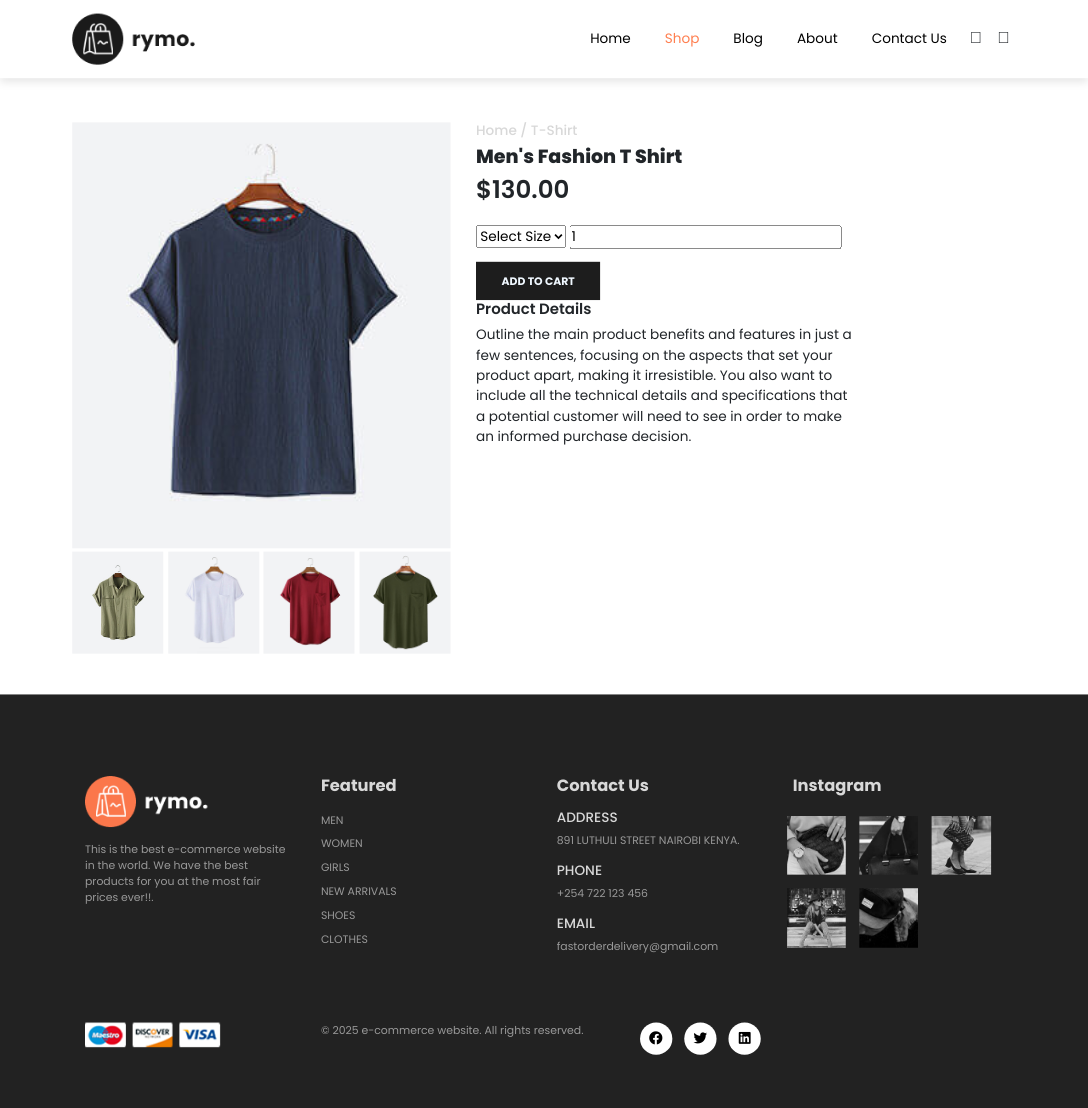
Repository: peter417waweru/e-commerce-UI
Page: sproduct.html
The author's editor kept a copy of each file at every save. The page is drawn from the files as they stood at one save, then again after the next save.
The browser window is 1280 px wide. The pictures show the whole page, at 85% of full size.
Some web libraries are served in a nearby version.

Above is the page before, as saved 2025-02-08 15:55:26.

### sproduct.html
<!DOCTYPE html>
<html lang="en">

    <head>
        <meta charset="UTF-8">
        <meta http-equiv="X-UA-Compatible" content="IE=edge">
        <meta name="viewport" content="width=device-width, initial-scale=1.0">
        <title>Product Details</title>

        <link rel="stylesheet" href="https://cdn.jsdelivr.net/npm/bootstrap@4.1.3/dist/css/bootstrap.min.css"
        integrity="sha384-MCw98/SFnGE8fJT3GXwEOngsV7Zt27NXFoaoApmYm81iuXoPkFOJwJ8ERdknLPMO" crossorigin="anonymous">

        <link rel="stylesheet" href="https://pro.fontawesome.com/releases/v5.10.0/css/all.css" />

        <link rel="stylesheet" href="./style.css">
        <link rel="stylesheet" href="./sproduct.css">
    </head>

    <body>
        <nav class="navbar navbar-expand-lg navbar-light bg-white py-3 fixed-top">
            <div class="container">
              <img src="img/logo1.png" alt="">
              <button class="navbar-toggler" type="button" data-bs-toggle="collapse" data-bs-target="#navbarSupportedContent"
              aria-controls="navbarSupportedContent" aria-expanded="false" aria-label="Toggle navigation">
                <span><i id="bar" class="fas fa-bars"></i></span>
              </button>
              <div class="collapse navbar-collapse" id="navbarSupportedContent">
                <ul class="navbar-nav ml-auto">
                  <li class="nav-item">
                    <a class="nav-link" aria-current="page" href="index.html">Home</a>
                  </li>
                  <li class="nav-item">
                    <a class="nav-link active" aria-current="page" href="shop.html">Shop</a>
                  </li>
                  <li class="nav-item">
                    <a class="nav-link" aria-current="page" href="#">Blog</a>
                  </li>
                  <li class="nav-item">
                    <a class="nav-link" aria-current="page" href="#">About</a>
                  </li>
                  <li class="nav-item">
                    <a class="nav-link" aria-current="page" href="#">Contact Us</a>
                  </li>
                  <li class="nav-item">
                    <i class="fal fa-search"></i>
                    <i class="fal fa-shopping-bag"></i>
                  </li>


                </ul>

              </div>
            </div>
        </nav>

        <section class="container sproduct my-5 pt-5">
            <div class="row mt-5">
                <div class="col-lg-5 col-mid-12 col-12">
                    <img class="img-fluid w-100  pb-1" src="img/shop/1.jpg" alt="">

                    <div class="small-img-group">
                        <div class="small-img-col">
                            <img src="img/shop/23.jpg" width="100%" class="small-img" alt="">
                        </div>
                        <div class="small-img-col">
                            <img src="img/shop/24.jpg" width="100%" class="small-img" alt="">
                        </div>
                        <div class="small-img-col">
                            <img src="img/shop/25.jpg" width="100%" class="small-img" alt="">
                        </div>
                        <div class="small-img-col">
                            <img src="img/shop/26.jpg" width="100%" class="small-img" alt="">
                        </div>
                    </div>
                </div>
                <div class="col-lg-5 col-mid-12 col-12" >
                    <h6>Home / T-Shirt</h6>
                    <h3>Men's Fashion T Shirt</h3>
                    <h2>$130.00</h2>
                    <select class="my-3" name="" id="">
                        <option>Select Size</option>
                        <option>XXL</option>
                        <option>XL</option>
                        <option>Large</option>
                        <option>Small</option>
                    </select>
                    <input type="number" value="1">
                    <button class="buy-btn">Add To Cart</button>
                    <h4>Product Details</h4>
                    <span>Outline the main product benefits and features in just a few sentences, focusing on the aspects that set your product apart,
                         making it irresistible. You also want to include all the technical details and specifications that a potential customer will need to
                         see in order to make an informed purchase decision.</span>


                </div>
            </div>
        </section>



        <footer class="mt-5 py-5">
            <div class="row container mx-auto pt-5">
              <div class="footer-one col-lg-3 col-md-6 col-12">
                <img src="img/logo2.png" alt="">
                <p class="pt-3">This is the best e-commerce website in the world.
                   We have the best products for you at the most fair prices ever!!.</p>
              </div>
              <div class="footer-one col-lg-3 col-md-6 col-12">
                <h4 class="pb-2">Featured</h4>
                <ul class="text-uppercase list-unstyled">
                  <li><a href="#">men</a></li>
                  <li><a href="#">women</a></li>
                  <li><a href="#">girls</a></li>
                  <li><a href="#">new arrivals</a></li>
                  <li><a href="#">shoes</a></li>
                  <li><a href="#">clothes</a></li>
                </ul>
              </div>
              <div class="footer-one col-lg-3 col-md-6 col-12 mb-3">
                <h4 class="pb-2">Contact Us</h4>
                <div>
                  <h6 class="text-uppercase">Address</h6>
                <p>891 LUTHULI STREET NAIROBI KENYA.</p>
                </div>
                <div>
                  <h6 class="text-uppercase">Phone</h6>
                <p>+254 722 123 456</p>
                </div>
                <div>
                  <h6 class="text-uppercase">Email</h6>
                <p>fastorderdelivery@gmail.com</p>
                </div>
              </div>
              <div class="footer-one col-lg-3 col-md-6 col-12 mb-3">
                <h4 class="pb-2">Instagram</h4>
                <div class="row">
                  <img class="img-fluid w-25 h-100 m-2" src="img/insta/1.jpg" alt="">
                  <img class="img-fluid w-25 h-100 m-2" src="img/insta/2.jpg" alt="">
                  <img class="img-fluid w-25 h-100 m-2" src="img/insta/3.jpg" alt="">
                  <img class="img-fluid w-25 h-100 m-2" src="img/insta/4.jpg" alt="">
                  <img class="img-fluid w-25 h-100 m-2" src="img/insta/5.jpg" alt="">
                </div>
              </div>
            </div>
            <div class="copyright mt-5">
              <div class="row container mx-auto">
                <div class="col-lg-3 col-md-6 col-12 mb-4">
                  <img class="img-fluid" src="img/payment.png" alt="">
                </div>
                <div class="col-lg-4 col-md-6 col-12 text-nowrap mb-2">
                  <p>© 2025 e-commerce website. All rights reserved.</p>
                </div>
                <div class="col-lg-4 col-md-6 col-12">
                  <a href="#"><i class="fab fa-facebook"></i></a>
                  <a href="#"><i class="fab fa-twitter"></i></a>
                  <a href="#"><i class="fab fa-linkedin"></i></a>
                </div>
              </div>
            </div>
        </footer>


        <script src="https://cdn.jsdelivr.net/npm/@popperjs/core@2.9.1/dist/umd/popper.min.js"
            integrity="sha384-SR1sx49pcuLnqZUnnPwx6FCym0wLsk5JZuNx2bPPENzswTNFaQU1RDvt3wT4gWFG"
            crossorigin="anonymous">
        </script>
        <script src="https://cdn.jsdelivr.net/npm/bootstrap@5.0.0-beta3/dist/js/bootstrap.min.js"
            integrity="sha384-j0CNLUeiqtyaRmlzUHCPZ+Gy5fQu0dQ6eZ/xAww941Ai1SxSY+0EQqNXNE6DZiVc"
            crossorigin="anonymous">
        </script>
    </body>

</html>

### style.css
@import url("https://fonts.googleapis.com/css2?family=Poppins:wght@100;200;300;400;500;600;700;800;900&display=swap");
* {
  margin: 0;
  padding: 0;
  box-sizing: border-box;
}

body {
  font-family: "Poppins", sans-serif;
}

h1 {
  font-size: 2.5rem;
  font-weight: 700;
}

h2 {
  font-size: 1.8rem;
  font-weight: 600;
}

h3 {
  font-size: 1.4rem;
  font-weight: 800;
}

h4 {
  font-size: 1.1rem;
  font-weight: 600;
}

h5 {
  font-size: 1rem;
  font-weight: 400;
  color: #1d1d1d;
}

h6 {
  color: #d8d8d8;
}

hr {
  width: 30px;
  height: 2px;
  background-color: #fb774b;
}

.star {
  padding: 10px 0;
}

.star i{
  font-size: 0.8rem;
  color: goldenrod;
}

button {
  font-size: 0.8rem;
  font-weight: 700;
  outline: none;
  border: none;
  background-color: #1d1d1d;
  color: aliceblue;
  padding: 13px 30px;
  cursor: pointer;
  text-transform: uppercase;
  transition: 0.3s ease;
}

button:hover {
  background-color: #3a3833;
}

hr {
  width: 30px;
  height: 2px;

}

.navbar {
  font-size: 16px;
  background-color: #d8d8d8;
  top: 0;
  left: 0;
  box-shadow: 0 5px 10px rgba(0, 0, 0, 0.1);
}

.navbar-light .navbar-nav .nav-link{
  padding: 0 20px;
  color: black;
  transition: 0.3s ease;
}

.navbar-light .navbar-nav .nav-link:hover,
.navbar i:hover,
.navbar-light .navbar-nav .nav-link.active,
.navbar i.active
{
  color: coral;
}



.navbar i{
  font-size: 1.2rem;
  padding: 0 7px;
  cursor: pointer;
  transition: 0.3s ease;
}

/* Mobile Nav*/


.navbar-light .navbar-toggler{
  border: none;
  outline: none;
}

#bar {
  font-size: 1.5rem;
  padding: 7px;
  cursor: pointer;
  font-weight: 500;
  color: black;
  transition: 0.3s ease;
}

#bar:hover,
#bar.active{
  color: #fff;
}

@media only screen and (max-width: 990px) {

  body > nav > div > button:hover ,
  body > nav > div > button:focus {
    background-color: #fb774b;
  }

  body > nav > div > button:hover #bar,
  body > nav > div > button:focus #bar {
    background-color: #fb774b;
  }

  #navbarSupportedContent > ul {
    margin: 1rem;
    justify-content: flex-end;
    align-items: flex-end;
    text-align: right;
  }

  #navbarSupportedContent > ul > li:nth-child(n) > a {
    padding: 10px 0;
  }
}


#home {
  background-image: url("img/back.jpg");
  width: 100%;
  height: 100vh;
  background-size: cover;
  background-position: top 70px center;
  display: flex;
  flex-direction: column;
  align-items: flex-start;
  justify-content: center;

}

#home span{
  color: coral;
}

#new .one img{
  width: 100%;
  height: 100%;
  background-position: center center;
  background-repeat: no-repeat;
  background-size: cover;
  position: relative;
}


#new .row .one .details{
  position: absolute;
  width: 100%;
  height: 100%;
  top: 0;
  left: 0;
  transition: 0.3s ease;
}

#new .row .one:hover .details{
  cursor: pointer;
  background-color: rgba(255, 178, 178, 0.8);
}

#new .row .one .details button{
 display: inline-block;
 font-size: 14px;
 font-weight: 500;
 color: #2a2a2a;
 background: none;
 text-transform: uppercase;
 border-bottom: 1px solid #2a2a2a;
 padding: 1.5px;
 transform: translateY(70px);
 transition: 0.3s ease;
}

#new .row .one .details button:hover{
  cursor: pointer;
  color: #fff;
  border-bottom: 1px solid #fff;
}

#new .row .one:nth-child(1) .details{
  display: flex;
  justify-content: center;
  flex-direction: column;
  align-items: flex-start;
  text-align: start;
}

#new .row .one:nth-child(2) .details{
  display: flex;
  justify-content: center;
  flex-direction: column;
  align-items: center;
  text-align: center;
}

#new .row .one:nth-child(3) .details{
  display: flex;
  justify-content: center;
  flex-direction: column;
  align-items: flex-end;
  text-align: end;
}

/*Products*/

.product {
  cursor: pointer;
  margin-bottom: 2rem;
}

.product img{
  transition: 0.3s all;

}

.product img:hover{
  opacity: 0.7;
}

.product .buy-btn{
  background: #fb774b;
  transform: translateY(20px);
  opacity: 0;
  transition: 0.3s all;
}
.product:hover .buy-btn{
  transform: translateY(0px);
  opacity: 1;
}

#banner {
  background-image: url("img/banner/2.jpg");
  width: 100%;
  height: 60vh;
  background-size: cover;
  background-position: top 70px center;
  background-repeat: no-repeat;
  background-attachment: fixed;
  display: flex;
  flex-direction: column;
  align-items: flex-start;
  justify-content: center;
}

#banner h4{
  color: #D8D8D8;
}

#banner h1{
  color: #D8D8D8;
}

#banner button{
  background-color: #fb774b;
}

footer{
  background-color: #222222;
}

footer h4 {
  color: #D8D8D8;
  font-size: 1.2rem;
  font-weight: 700;
}

footer li {
  padding-bottom: 4px;
}

footer li a {
  font-size: 0.8rem;
  color: #999;
}

footer li a:hover {
  color: #D8D8D8;
}

footer p{
  color: #999;
  font-size: 0.8rem;
}

footer .copyright a{
  color: #000;
  width: 38px;
  height: 38px;
  background-color: #fff;
  display: inline-block;
  text-align: center;
  line-height: 38px;
  border-radius: 50%;
  transition: 0.3s ease;
  margin: 0 5px;

}

footer .copyright a:hover{
  color: #fff;
  background-color: #fb774b;
}

### sproduct.css
.small-img-group{
    display: flex;
    justify-content: space-between;
}

.small-img-col{
    flex-basis: 24%;
    cursor: pointer;
}

After the next save:
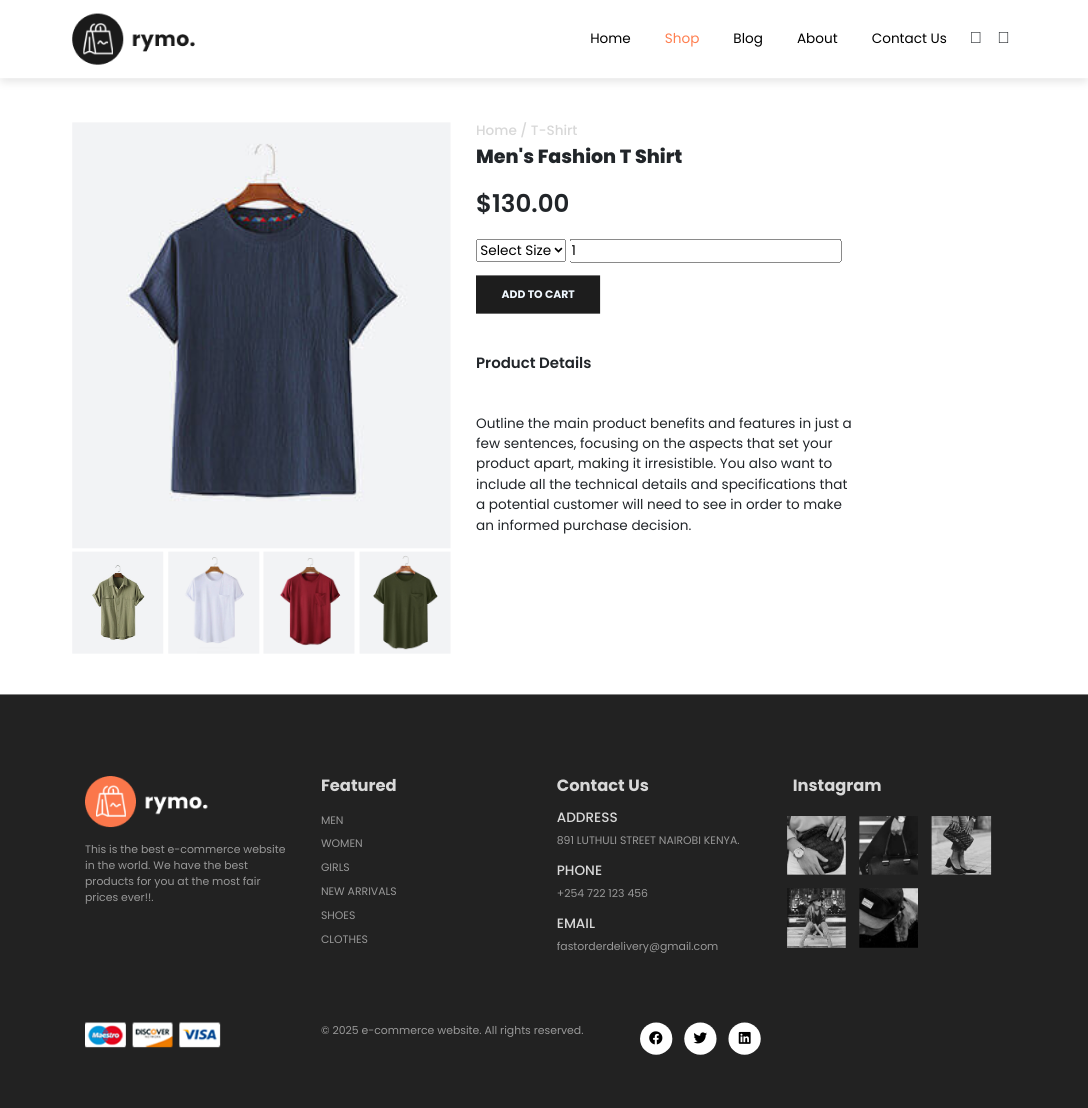
Saved 96 s later.
--- a/sproduct.html
+++ b/sproduct.html
@@ -75,7 +75,7 @@
                 </div>
                 <div class="col-lg-5 col-mid-12 col-12" >
                     <h6>Home / T-Shirt</h6>
-                    <h3>Men's Fashion T Shirt</h3>
+                    <h3 class="mb-4">Men's Fashion T Shirt</h3>
                     <h2>$130.00</h2>
                     <select class="my-3" name="" id="">
                         <option>Select Size</option>
@@ -86,7 +86,7 @@
                     </select>
                     <input type="number" value="1">
                     <button class="buy-btn">Add To Cart</button>
-                    <h4>Product Details</h4>
+                    <h4 class="mt-5 mb-5">Product Details</h4>
                     <span>Outline the main product benefits and features in just a few sentences, focusing on the aspects that set your product apart,
                          making it irresistible. You also want to include all the technical details and specifications that a potential customer will need to
                          see in order to make an informed purchase decision.</span>
